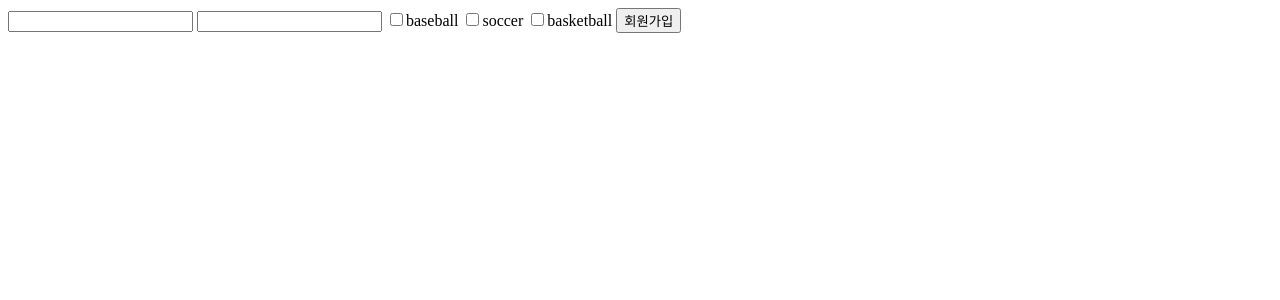
Repository: wook-dragon/wook_dragon
Page: WebJSP/JSPLab/WebJSP/WebContent/Ex05_Request.html
These files come from the project's save history. The page is drawn as it stood at one moment and after the next save; the edit follows.
The browser window is 1280 px wide. The pictures show the whole page.

Above is the page before, as saved 2019-10-23 06:08:26.

After the next save:
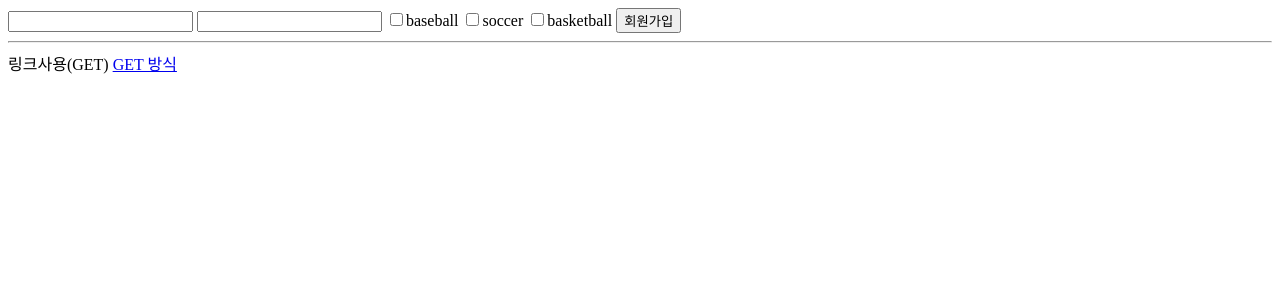
Saved 10 min 19 s later.
--- a/WebJSP/JSPLab/WebJSP/WebContent/Ex05_Request.html
+++ b/WebJSP/JSPLab/WebJSP/WebContent/Ex05_Request.html
@@ -14,5 +14,8 @@
 		<input type="submit" value="회원가입">
 		<!--선장 3총사 submit / img / document.submit -->
 	</form>
+	<hr>
+	링크사용(GET)
+	<a href="Ex05_register.jsp?userid=hong&pwd=1004&hobby=aa">GET 방식</a>
 </body>
 </html>
